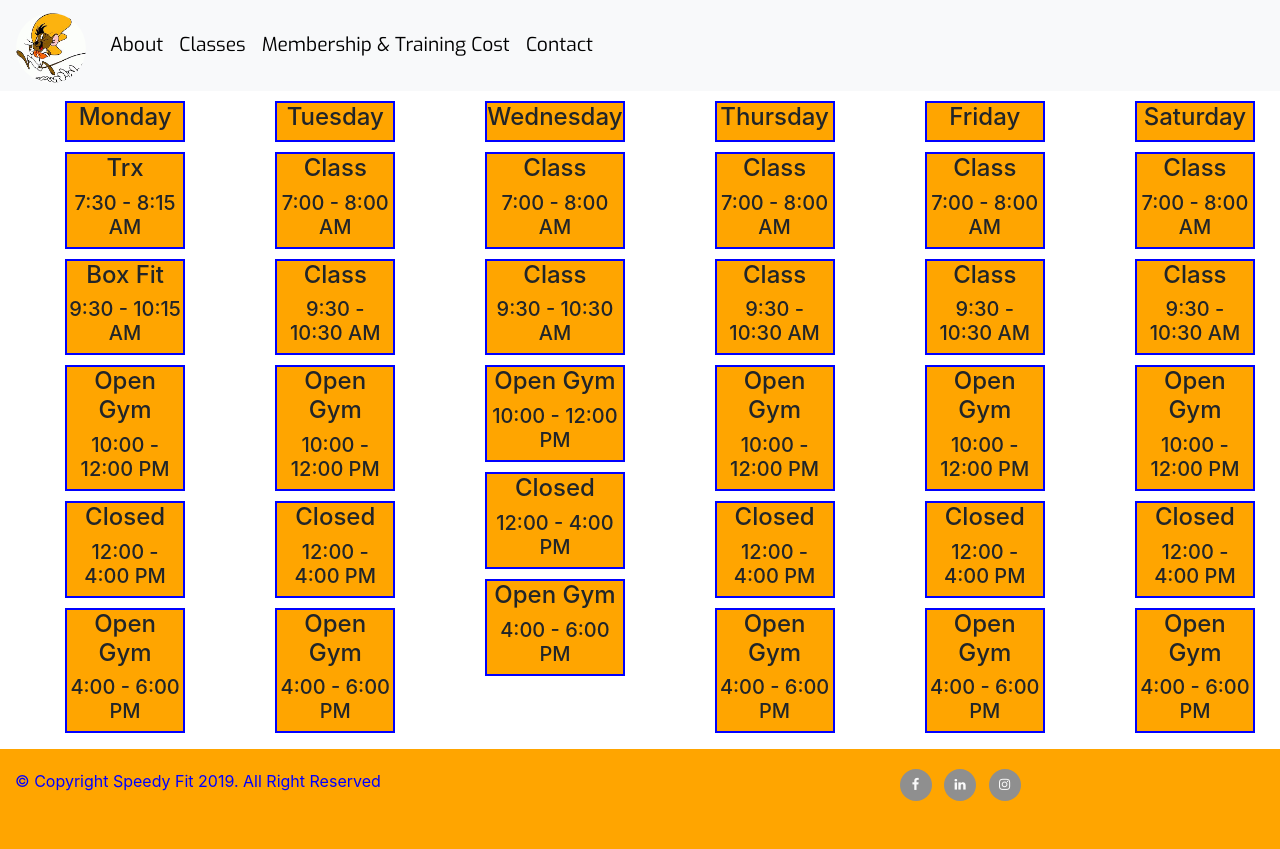
Repository: marcomoreschi/Milestrone-project
Page: classes.html
The author's editor kept a record of every edit. The page is drawn from the files as they stood at one moment, then again after the next edit.
The browser window is 1280 px wide. The pictures show the whole page.
Some web libraries are served in a nearby version.

Above is the page before.

### classes.html
<!DOCTYPE html>
<html lang="en">

<head>
    <meta charset="UTF-8">
    <meta name="viewport" content="width=device-width, initial-scale=1.0">
    <meta http-equiv="X-UA-Compatible" content="ie=edge">
    <link rel="stylesheet" href="https://maxcdn.bootstrapcdn.com/bootstrap/4.2.1/css/bootstrap.min.css" type="text/css" />
    <link rel="stylesheet" href="https://maxcdn.bootstrapcdn.com/font-awesome/4.7.0/css/font-awesome.min.css" type="text/css" />
    <link rel="stylesheet" href="https://cdnjs.cloudflare.com/ajax/libs/hover.css/2.1.1/css/hover-min.css" type="text/css" />
    <link rel="stylesheet" href="assets/css/style.css">
    <title>Speedy Fit</title>
</head>

<body>

    <header>

        <nav class="navbar navbar-expand-lg navbar-light bg-light">
            <a class="navbar-brand" href="index.html">
      <img src="assets/images/logo.jpg"></img>
        </a>
            <button class="navbar-toggler" type="button" data-toggle="collapse" data-target="#navbarNavDropdown" aria-controls="navbarNavDropdown" aria-expanded="false" aria-label="Toggle navigation">
    <span class="navbar-toggler-icon"></span>
  </button>
            <div class="collapse navbar-collapse" id="navbarNavDropdown">
                <ul class="navbar-nav">
                    <li class="nav-item active">
                        <a class="nav-link" href="index.html">About<span class="sr-only">(current)</span></a>
                    </li>
                    <li class="nav-item">
                        <a class="nav-link" href="classes.html">Classes</a>
                    </li>
                    <li class="nav-item">
                        <a class="nav-link" href="membership&trainingcost.html">Membership & Training Cost</a>
                    </li>
                    <li class="nav-item">
                        <a class="nav-link" href="contact.html">Contact</a>
                    </li>
                </ul>
            </div>
        </nav>

    </header>

        <section class="container-fluid classes-breakdown">

  <div class="row">
      <div class="col-sm">
    <ul class="class-timetable-day">
                <li class="day">
                    <h4>Monday</h4>
                </li>
                <li class="class-time">
                    <h4>Trx</h4>
                    <h5>7:30 - 8:15 AM</h5>
                </li>
                <li class="class-time">
                    <h4>Box Fit</h4>
                    <h5>9:30 - 10:15 AM</h5>
                </li>
                <li class="class-time">
                    <h4>Open Gym</h4>
                    <h5>10:00 - 12:00 PM</h5>
                </li>
                <li class="class-time">
                    <h4>Closed</h4>
                    <h5>12:00 - 4:00 PM</h5>
                </li>
                <li class="class-time">
                    <h4>Open Gym</h4>
                    <h5>4:00 - 6:00 PM</h5>
                </li>
            </div>

            <div class="col-sm">
    <ul class="class-timetable-day">
                <li class="day">
                    <h4>Tuesday</h4>
                </li>
                <li class="class-time">
                    <h4>Class</h4>
                    <h5>7:00 - 8:00 AM</h5>
                </li>
                <li class="class-time">
                    <h4>Class</h4>
                    <h5>9:30 - 10:30 AM</h5>
                </li>
                <li class="class-time">
                    <h4>Open Gym</h4>
                    <h5>10:00 - 12:00 PM</h5>
                </li>
                <li class="class-time">
                    <h4>Closed</h4>
                    <h5>12:00 - 4:00 PM</h5>
                </li>
                <li class="class-time">
                    <h4>Open Gym</h4>
                    <h5>4:00 - 6:00 PM</h5>
                </li>
            </div>

            <div class="col-sm">
    <ul class="class-timetable-day">
                <li class="day">
                    <h4>Wednesday</h4>
                </li>
                <li class="class-time">
                    <h4>Class</h4>
                    <h5>7:00 - 8:00 AM</h5>
                </li>
                <li class="class-time">
                    <h4>Class</h4>
                    <h5>9:30 - 10:30 AM</h5>
                </li>
                <li class="class-time">
                    <h4>Open Gym</h4>
                    <h5>10:00 - 12:00 PM</h5>
                </li>
                <li class="class-time">
                    <h4>Closed</h4>
                    <h5>12:00 - 4:00 PM</h5>
                </li>
                <li class="class-time">
                    <h4>Open Gym</h4>
                    <h5>4:00 - 6:00 PM</h5>
                </li>
            </div>

            <div class="col-sm">
    <ul class="class-timetable-day">
                <li class="day">
                    <h4>Thursday</h4>
                </li>
                <li class="class-time">
                    <h4>Class</h4>
                    <h5>7:00 - 8:00 AM</h5>
                </li>
                <li class="class-time">
                    <h4>Class</h4>
                    <h5>9:30 - 10:30 AM</h5>
                </li>
                <li class="class-time">
                    <h4>Open Gym</h4>
                    <h5>10:00 - 12:00 PM</h5>
                </li>
                <li class="class-time">
                    <h4>Closed</h4>
                    <h5>12:00 - 4:00 PM</h5>
                </li>
                <li class="class-time">
                    <h4>Open Gym</h4>
                    <h5>4:00 - 6:00 PM</h5>
                </li>
            </div>

      <div class="col-sm">
    <ul class="class-timetable-day">
                <li class="day">
                    <h4>Friday</h4>
                </li>
                <li class="class-time">
                    <h4>Class</h4>
                    <h5>7:00 - 8:00 AM</h5>
                </li>
                <li class="class-time">
                    <h4>Class</h4>
                    <h5>9:30 - 10:30 AM</h5>
                </li>
                <li class="class-time">
                    <h4>Open Gym</h4>
                    <h5>10:00 - 12:00 PM</h5>
                </li>
                <li class="class-time">
                    <h4>Closed</h4>
                    <h5>12:00 - 4:00 PM</h5>
                </li>
                <li class="class-time">
                    <h4>Open Gym</h4>
                    <h5>4:00 - 6:00 PM</h5>
                </li>
            </div>

           <div class="col-sm">
        <ul class="class-timetable-day">
                <li class="day">
                    <h4>Saturday</h4>
                </li>
                <li class="class-time">
                    <h4>Class</h4>
                    <h5>7:00 - 8:00 AM</h5>
                </li>
                <li class="class-time">
                    <h4>Class</h4>
                    <h5>9:30 - 10:30 AM</h5>
                </li>
                <li class="class-time">
                    <h4>Open Gym</h4>
                    <h5>10:00 - 12:00 PM</h5>
                </li>
                <li class="class-time">
                    <h4>Closed</h4>
                    <h5>12:00 - 4:00 PM</h5>
                </li>
                <li class="class-time">
                    <h4>Open Gym</h4>
                    <h5>4:00 - 6:00 PM</h5>
                </li>

      </div>
    </div>

  </section>

    <footer class="container-fluid ">
        <div id="footer-details " class="row ">
            <div class="col-sm-6 ">
                <p class="copyright">&#169; Copyright Speedy Fit 2019. All Right Reserved</p>
            </div>
            <div class="col-sm-6 ">
                <ul class="list-inline social-links ">
                    <li class="list-inline-item ">
                        <a target="_blank " href="# ">
                            <i class="fa fa-facebook " aria-hidden="true "></i>
                            <span class="sr-only ">Facebook</span>
                        </a>
                    </li>
                    <li class="list-inline-item ">
                        <a target="_blank " href="#">
                            <i class="fa fa-linkedin " aria-hidden="true "></i>
                            <span class="sr-only ">LinkedIn</span>
                        </a>
                    </li>
                    <li class="list-inline-item ">
                        <a target="_blank " href="# ">
                            <i class="fa fa-instagram " aria-hidden="true "></i>
                            <span class="sr-only ">Instagram</span>
                        </a>
                    </li>
                </ul>
            </div>
        </div>
    </footer>


    <!-- Bootstraps Link -->
<script src="https://code.jquery.com/jquery-3.3.1.slim.min.js" integrity="sha384-q8i/X+965DzO0rT7abK41JStQIAqVgRVzpbzo5smXKp4YfRvH+8abtTE1Pi6jizo" crossorigin="anonymous"></script>
<script src="https://cdnjs.cloudflare.com/ajax/libs/popper.js/1.14.6/umd/popper.min.js" integrity="sha384-wHAiFfRlMFy6i5SRaxvfOCifBUQy1xHdJ/yoi7FRNXMRBu5WHdZYu1hA6ZOblgut" crossorigin="anonymous"></script>
<script src="https://stackpath.bootstrapcdn.com/bootstrap/4.2.1/js/bootstrap.min.js" integrity="sha384-B0UglyR+jN6CkvvICOB2joaf5I4l3gm9GU6Hc1og6Ls7i6U/mkkaduKaBhlAXv9k" crossorigin="anonymous"></script>

</body>

</html>

### assets/css/style.css
@import url('https://fonts.googleapis.com/css?family=Roboto:100,200,300,400,500,600,700|Exo:100,200,300,400,500,600,700');


/* -----------------------------------------Heading */

.navbar {
    margin-bottom: 0;
    border: 0;
    background-color: black;
    text-align: center;
}

.navbar-brand {
    height: 75px;
}

.navbar-brand img {
    width: 70px;
    height: 70px;
    border-radius: 50%;
}

.nav-item a {
    font-size: 1.2em;
    font-family: 'Exo', sans-serif;
    color: black !important;
}

.navbar ul li a:hover {
    color: #ffa500 !important;
    transition: all 0.35s ease-in-out;
    -moz-transition: all 0.35s ease-in-out;
    -webkit-transition: all 0.35s ease-in-out;
    -o-transition: all 0.35s ease-in-out;
}

/* -----------------------------------------About */

.rope {
    width: 100%;
    height: 600px;
}

.container h2 {
    text-align: center;
    padding-top: 30px;
    color: #000;
    text-transform: uppercase;
}

.container p {
    text-align: center;
    padding-bottom: 50px;
    color: #000;
    font-size: 1.5em;
}

/* -----------------------------------------Contact Form */

#location-details{
    padding-top: 100px;
}
.opening-hour p {
    text-align: left;
    font-size: 1.4em;
}


.mapouter {
    margin-top: -50px;
}

.location-gym p {
    text-align: left;
    padding-top: 20px;
}

.container-fluid h3 {
    text-transform: uppercase;
    font-weight: bold;
    text-align: center;
}

.contact-heading {
    font-family: "Exo", sans-serif;
    font-weight: 300;
    margin-top: 25px;
    margin-bottom: 20px;
    padding-top: 20px;
}

.center-form {
    padding-top: 20px;
    margin: 0 auto;
    max-width: 70%;
}

button[type="submit"] {
    margin-top: 15px;
    margin-bottom: 20px;
    color: #fafafa;
    background-color: #ffa500;
}

/* create media queries so it look good on mobilephone */
@media(min-width: 992px) {
    .center-form {
        padding-top: 30px;
        min-height: 240px;
        margin: 0 auto;
        max-width: 50%;
    }
}

.hours-details {
    padding-top: 30px;
}

.hours-details h4 {
    text-transform: uppercase;
    font-weight: bold;
}

/* -----------------------------------------Classes */

.class-time {
  font-size: 1.2em;
}

.class-timetable-day li {
    border: 2px solid blue;
    list-style-type: none;
    margin: 10px;
    overflow: auto;
    background: #ffa500;
    text-align: center;
}




/* -----------------------------------------Footer */

footer {
    background-color: #ffa500;
    color: #fafafa;
    min-height: 100px;
    margin: 0;
}

.social-links {
    padding-top: 20px;
    text-align: center;
}

.social-links li a i {
    width: 32px;
    height: 32px;
    padding: 12px 0;
    border-radius: 50%;
    font-size: 13px;
    line-height: 7px;
    text-align: center;
    color: #fafafa;
    background: #8f8f8f;
    transition: all 0.35s ease-in-out;
    -moz-transition: all 0.35s ease-in-out;
    -webkit-transition: all 0.35s ease-in-out;
    -o-transition: all 0.35s ease-in-out;
}

.social-links li a i:hover {
    background: #e84610;
}

.copyright {
    color: blue;
    padding-top: 20px;
}

After the next edit:
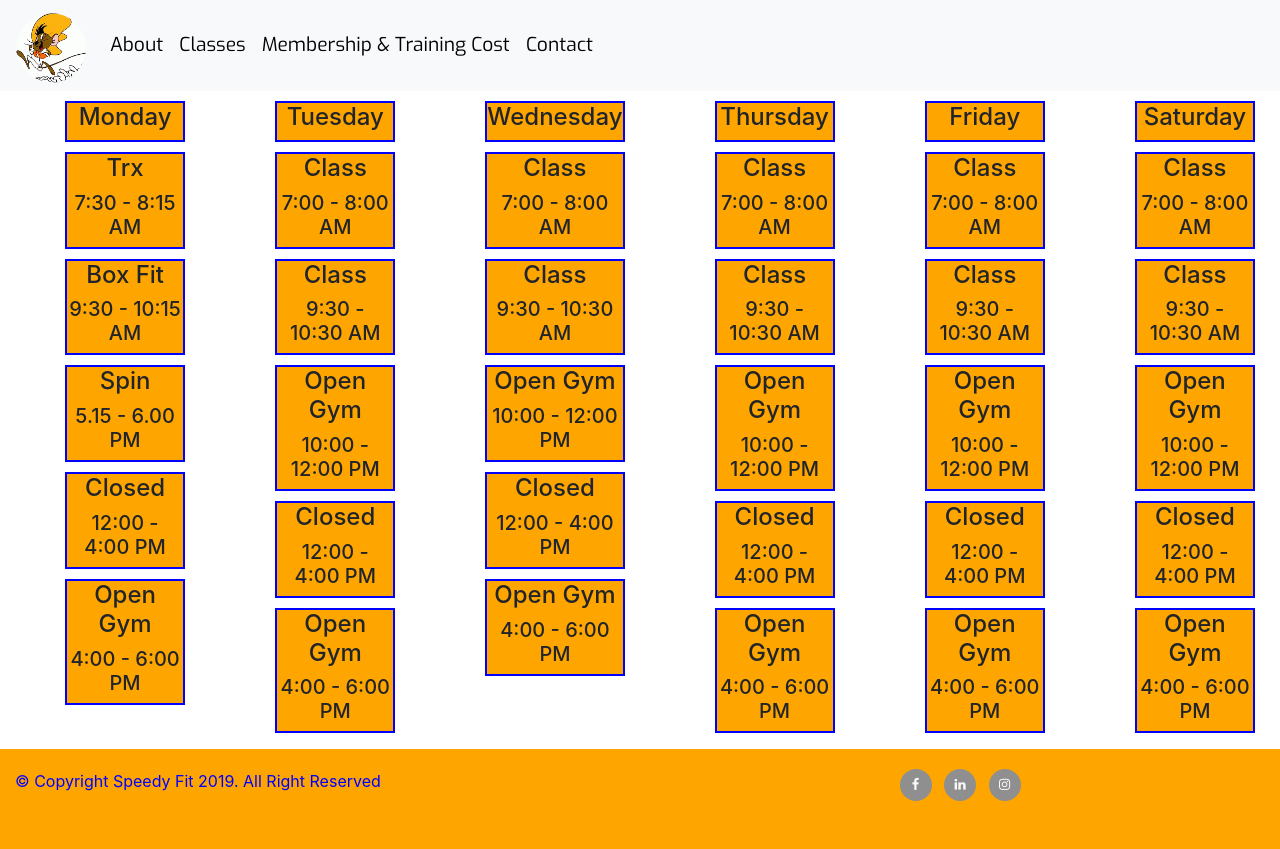
The edit:
--- a/classes.html
+++ b/classes.html
@@ -60,8 +60,8 @@
                     <h5>9:30 - 10:15 AM</h5>
                 </li>
                 <li class="class-time">
-                    <h4>Open Gym</h4>
-                    <h5>10:00 - 12:00 PM</h5>
+                    <h4>Spin</h4>
+                    <h5>5.15 - 6.00 PM</h5>
                 </li>
                 <li class="class-time">
                     <h4>Closed</h4>
